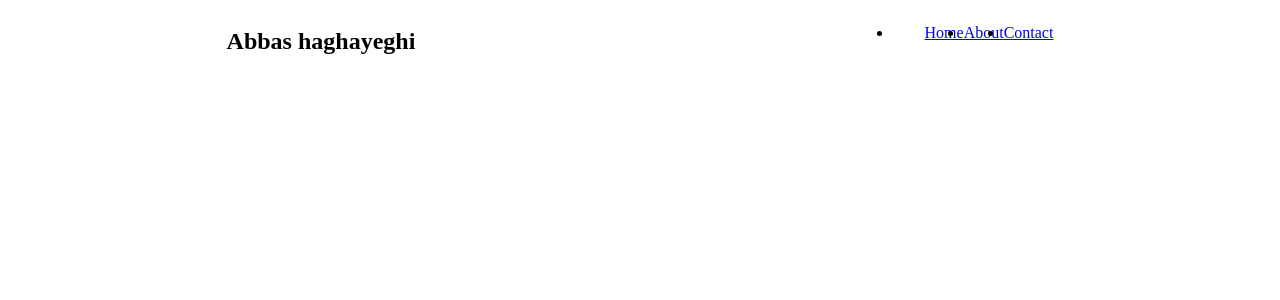
Repository: SMohammadH/react-typescript-tailwind
Page: /
An editor plug-in stored every save of this project. The page is shown before and after the next save, followed by the edit.
The browser window is 1280 px wide. The pictures show the whole page.
The project was rebuilt for these pictures with package versions that can differ from the ones it lists, and the page was loaded fresh each time. Also part of the build but not shown: craco.config.js, src/index.css.

Above is the page before, as saved 2021-02-05 09:19:39.

### src/App.tsx
// import './App.css';
// import 'tailwindcss/tailwind.css';
// import { ThemeProvider } from './dark-mode/themeContext';
// import { Navbar } from './components/Navbar';
// import { FirstSection } from './components/FirstSection';
// import { SecondSection } from './components/SecondSection';
import './App.css';

const App: React.FC = () => {
  return (
    <div>
      {/* <ThemeProvider>
        <Navbar />
        <FirstSection />
        <SecondSection />
      </ThemeProvider> */}
      <nav className="abbas">
        <div>
          <h1>Abbas haghayeghi</h1>
        </div>
        <div>
          <ul className="abbas2">
            <li className="abbas3">
              <a href="#">Home</a>
            </li>
            <li>
              <a href="#">About</a>
            </li>
            <li>
              <a href="#">Contact</a>
            </li>
          </ul>
        </div>
      </nav>
    </div>
  );
};

export default App;

### src/App.css
/* .font-gold {
  color: #c5b358;
} */

.abbas {
  display: flex;
  justify-content: space-around;
}

.abbas2 {
  display: flex;
}

.abbas3 {
  padding-left: 2rem;
}

### tailwind.config.js
module.exports = {
  purge: [],
  darkMode: 'class', // or 'media' or 'class'
  theme: {
    extend: {
      backgroundColor: {
        primary: 'var(--color-bg-primary)',
        secondary: 'var(--color-bg-secondary)',
      },
      textColor: {
        accent: 'var(--color-text-accent)',
        primary: 'var(--color-text-primary)',
        secondary: 'var(--color-text-secondary)',
      },
    },
  },
  variants: {
    extend: {},
  },
  plugins: [],
};

Loaded but not shown: public/index.html (common file); src/index.tsx (common file)

After the next save:
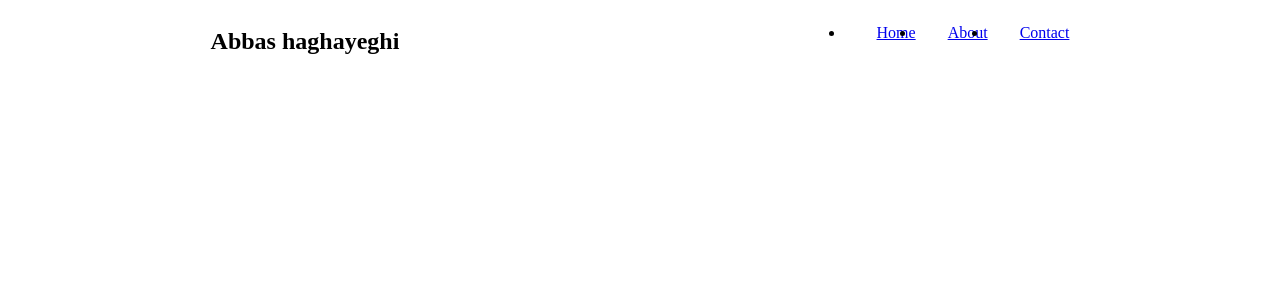
Saved 18 s later.
--- a/src/App.tsx
+++ b/src/App.tsx
@@ -23,10 +23,10 @@ const App: React.FC = () => {
             <li className="abbas3">
               <a href="#">Home</a>
             </li>
-            <li>
+            <li className="abbas3">
               <a href="#">About</a>
             </li>
-            <li>
+            <li className="abbas3">
               <a href="#">Contact</a>
             </li>
           </ul>
